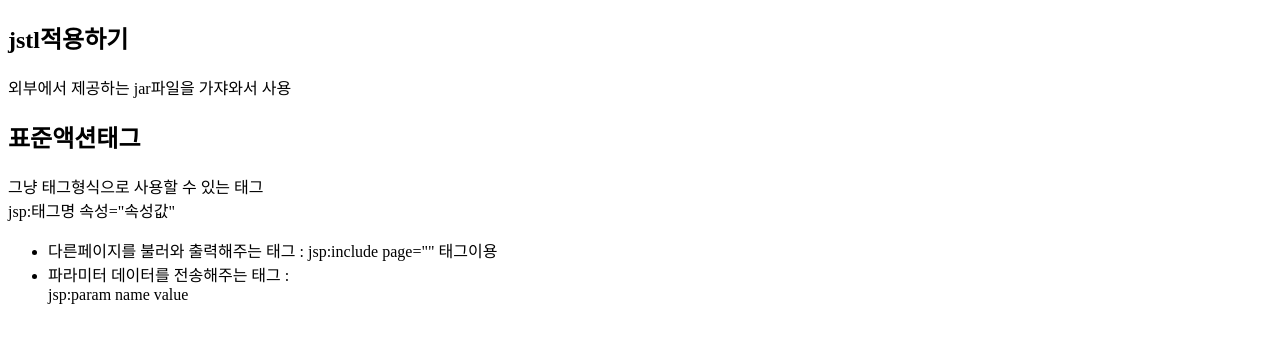
Repository: simjiho/week
Page: http://localhost/el_jstl/
These files come from the project's save history. The page is drawn as it stood at one moment and after the next save; the edit follows.
The browser window is 1280 px wide. The pictures show the whole page.
The page is served by Tomcat 9. Other server files are loaded and not shown.

Above is the page before, as saved 2024-04-20 05:06:53.

### workspace/el_jstl/src/main/webapp/index.jsp
<%@ page language="java" contentType="text/html; charset=UTF-8"
    pageEncoding="UTF-8"%>
<!-- 이용할 jstl 태그를 선언해야함 -->
<%@ taglib prefix="c" uri="http://java.sun.com/jsp/jstl/core" %>
<%@ taglib prefix="fmt" uri="http://java.sun.com/jsp/jstl/fmt" %>
<!DOCTYPE html>
<html>
<head>
<meta charset="UTF-8">
<title>jstl</title>
</head>
<body>
	<h2>jstl적용하기</h2>
	<p>외부에서 제공하는 jar파일을 가쟈와서 사용</p>

	<h2>표준액션태그</h2>
	<p>
		그냥 태그형식으로 사용할 수 있는 태그 <br>
		jsp:태그명 속성="속성값"
	</p>
	<ul>
		<li>
			다른페이지를 불러와 출력해주는 태그 : jsp:include page="" 태그이용
		</li>
		<li>
			파라미터 데이터를 전송해주는 태그 : <br>
			jsp:param name value
		</li>
	</ul>
</body>
</html>

After the next save:
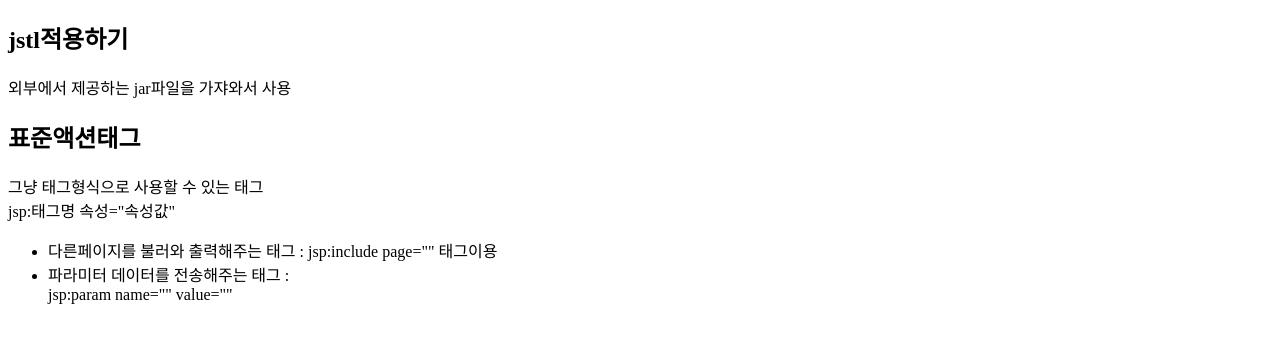
Saved 4 s later.
--- a/workspace/el_jstl/src/main/webapp/index.jsp
+++ b/workspace/el_jstl/src/main/webapp/index.jsp
@@ -24,7 +24,7 @@
 		</li>
 		<li>
 			파라미터 데이터를 전송해주는 태그 : <br>
-			jsp:param name value
+			jsp:param name="" value=""
 		</li>
 	</ul>
 </body>
